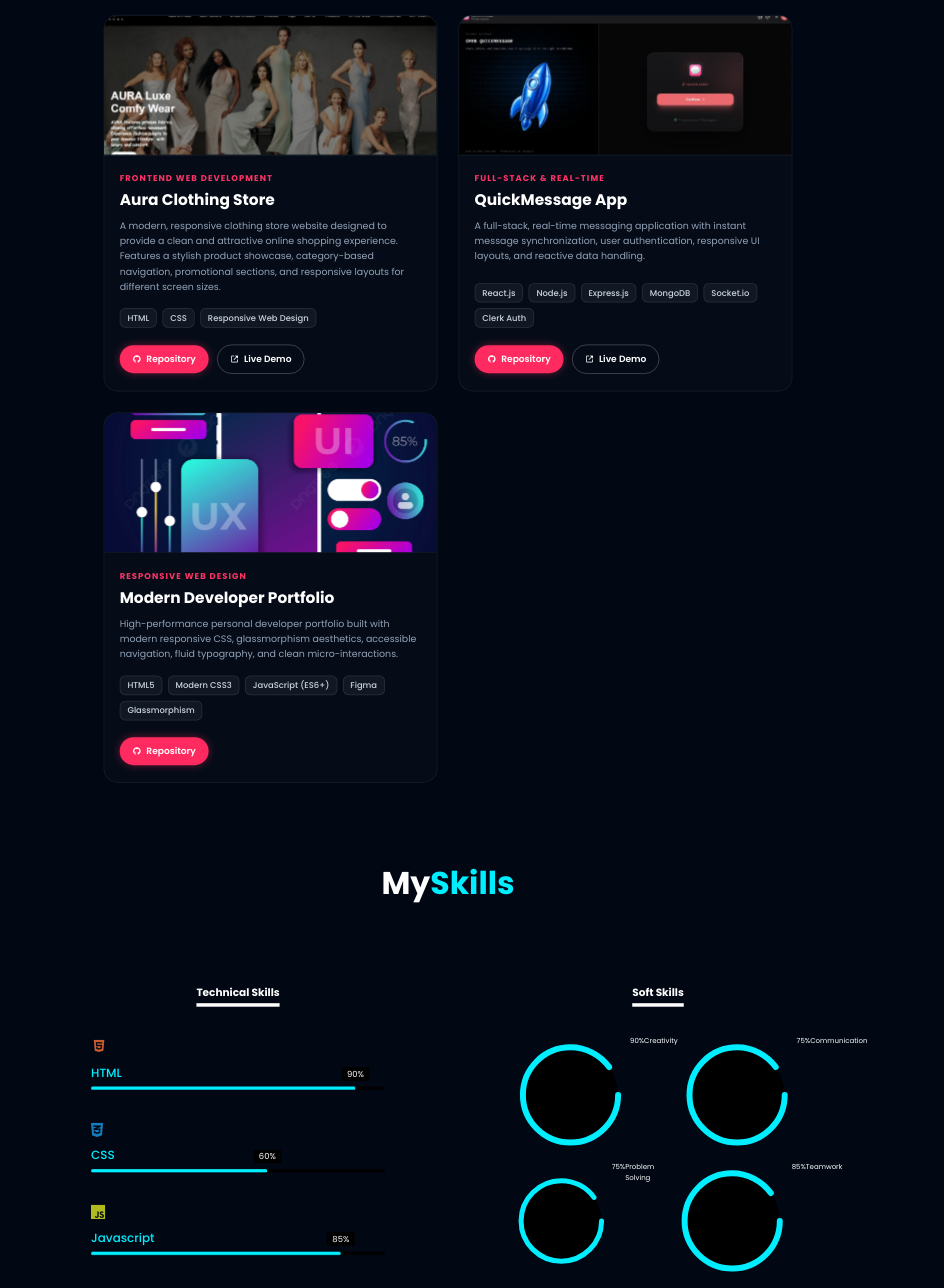
Repository: WathsalaHW/WathsalaHW_Portfolio
Page: index.html
These files come from the project's save history. The page is drawn as it stood at one moment and after the next save; the edit follows.
The browser window is 1280 px wide. The page is 1348 px wide, so the pictures cover 1348 px, including what lies to the right of the window. The pictures show the part of the page from y = 2413 to 4253 px (the page is 5289 px tall before and 5311 px after), at 70% of full size.

Above is the page before, as saved 2026-09-30 15:49:46.
Console error: TypeError: Cannot read properties of null (reading 'classList')

### index.html
<!DOCTYPE html>
<html lang="en">

<head>
  <meta charset="UTF-8" />
  <meta http-equiv="X-UA-Compatible" content="IE=edge" />
  <meta name="viewport" content="width=device-width, initial-scale=1.0" />
  <title>Responsive Personal Portfolio Website Design | Codehal</title>
  <link rel="stylesheet" href="css/style.css">

  <!-- box icons -->
  <link href="https://unpkg.com/boxicons@2.1.4/css/boxicons.min.css" rel="stylesheet" />
  <link rel="stylesheet" href="https://cdnjs.cloudflare.com/ajax/libs/font-awesome/6.5.1/css/all.min.css"
    integrity="sha512-DTOQO9RWCH3ppGqcWaEA1BIZOC6xxalwEsw9c2QQeAIftl+Vegovlnee1c9QX4TctnWMn13TZye+giMm8e2LwA=="
    crossorigin="anonymous" referrerpolicy="no-referrer" />

  <!-- custom css -->
  <link rel="stylesheet" href="css/style.css" />

  <style>
    /* Scoped styles for the updated About section cards & layout */
    .about-full-container {
      max-width: 1000px;
      margin: 0 auto;
      text-align: center;
      padding: 0 2rem;
    }

    .about-full-container .heading {
      margin-bottom: 2rem;
    }

    .about-text-content {
      text-align: left;
      margin-bottom: 2.5rem;
    }

    .about-text-content p {
      font-size: 1.5rem;
      line-height: 1.8;
      color: #e2e8f0;
      margin-bottom: 1.4rem;
    }

    .core-focus-title {
      font-size: 1.6rem;
      text-transform: uppercase;
      letter-spacing: 1.5px;
      font-weight: 700;
      color: #fff;
      text-align: left;
      margin: 2.5rem 0 1.5rem;
    }

    .focus-cards-grid {
      display: grid;
      grid-template-columns: repeat(auto-fit, minmax(280px, 1fr));
      gap: 1.8rem;
      margin-bottom: 3.5rem;
    }

    .focus-card {
      background: rgba(255, 255, 255, 0.03);
      border: 1px solid rgba(0, 238, 255, 0.2);
      border-radius: 1.2rem;
      padding: 2rem 1.6rem;
      text-align: left;
      backdrop-filter: blur(10px);
      transition: all 0.3s ease;
      display: flex;
      flex-direction: column;
      justify-content: space-between;
    }

    .focus-card:hover {
      border-color: #0ef;
      box-shadow: 0 0 20px rgba(0, 238, 255, 0.25);
      transform: translateY(-5px);
    }

    .focus-card-header {
      display: flex;
      justify-content: space-between;
      align-items: flex-start;
      margin-bottom: 1.5rem;
    }

    .focus-card-header h4 {
      font-size: 1.5rem;
      font-weight: 700;
      color: #fff;
      text-transform: uppercase;
      line-height: 1.3;
    }

    .focus-card-header i {
      font-size: 2.8rem;
      color: #0ef;
    }

    .focus-card-desc {
      font-size: 1.3rem;
      color: #94a3b8;
      line-height: 1.6;
      border-top: 1px solid rgba(255, 255, 255, 0.08);
      padding-top: 1.2rem;
    }

    .about-cta-btn {
      display: inline-block;
      padding: 1.2rem 3.5rem;
      background: #0ef;
      border-radius: 4rem;
      box-shadow: 0 0 15px #0ef;
      font-size: 1.5rem;
      color: #1f242d;
      letter-spacing: .1rem;
      font-weight: 700;
      text-transform: uppercase;
      transition: .5s ease;
      text-decoration: none;
    }

    .about-cta-btn:hover {
      box-shadow: none;
      background: #00c4d6;
      color: #fff;
    }
  </style>
</head>

<body>
  <!-- header design -->

  <header class="header">
    <a href="#" class="logo">Wathsala</a>

    <i class='bx bx-menu' id="menu-icon"></i>

    <nav class="navbar">
      <a href="#home" class="active">Home</a>
      <a href="#about">About</a>
      <a href="#services">Education</a>
      <a href="#portfolio">Portfolio</a>
      <a href="#contact">Contact</a>
    </nav>
  </header>

  <!-- home section design -->

  <section class="home" id="home">
    <div class="home-content">
      <h3>Hello, It's Me</h3>
      <h1>Wathsala Hewa</h1>
      <h3>And i'm a <span class="multiple-text"></span></h3>
      <p>Information Systems undergraduate passionate about software development and <br> emerging technologies. I enjoy solving problems, building practical solutions, and continuously developing my technical skills.</p>
      <div class="social-media">
        <a href="#"><i class='bx bxl-facebook'></i></a>
        <a href="#"><i class='bx bxl-twitter'></i></a>
        <a href="#"><i class='bx bxl-instagram-alt'></i></a>
        <a href="#"><i class='bx bxl-linkedin'></i></a>
      </div>
      <a href="https://drive.google.com/file/d/18wVo_nAF4BySdX1nRi15A8uuRpVdpAYx/view?usp=sharing" class="btn">Download CV</a>
    </div>

    <div class="home-img">
      <img src="images/home.png" alt="">
    </div>
  </section>

  <!-- about section design -->

  <section class="about" id="about">
    <div class="about-full-container">
      <h2 class="heading">ABOUT <span>ME</span></h2>

      <div class="about-text-content">
        <p>I am an Information Systems undergraduate at Sabaragamuwa University of Sri Lanka, focused on software engineering, database management, and system design. My academic training provides me with a strong foundation to analyze real-world problems and turn complex requirements into clean, structured digital solutions.</p>

        <p>On the technical side, I build responsive, end-to-end applications using React.js, Tailwind CSS, JavaScript, and Node.js. I enjoy crafting intuitive interfaces backed by secure APIs and efficient databases, ensuring every feature delivers speed, scalability, and an effortless user experience.</p>

        <p>By combining full-stack fundamentals with practical UI/UX principles, I build applications that are as functionally robust under the hood as they are engaging on screen. I am driven by continuous learning, modern engineering practices, and creating digital products that solve real-world problems.</p>
      </div>



      <div class="focus-cards-grid">
        <!-- Software Engineering Card -->
        <div class="focus-card">
          <div class="focus-card-header">
            <h4>Software<br>Engineering</h4>
            <i class='bx bx-code-curly'></i>
          </div>
          <div class="focus-card-desc">
            OOP, Clean Code &amp; Algorithmic Problem Solving
          </div>
        </div>

        <!-- Full-Stack Development Card -->
        <div class="focus-card">
          <div class="focus-card-header">
            <h4>Full-Stack<br>Development</h4>
            <i class='bx bx-data'></i>
          </div>
          <div class="focus-card-desc">
            Modern Web Applications &amp; End-to-End Delivery
          </div>
        </div>

        <!-- UI/UX Design Card -->
        <div class="focus-card">
          <div class="focus-card-header">
            <h4>UI/UX<br>Design</h4>
            <i class='bx bx-vector'></i>
          </div>
          <div class="focus-card-desc">
            User-Centered Interface Design &amp; Prototyping
          </div>
        </div>
      </div>

      <a href="#contact" class="about-cta-btn">Open to Internships &amp; Opportunities</a>
    </div>
  </section>

  <!-- services / education section design -->

  <div class="services" id="services">
    <h2 class="heading"> Education</h2>
  </div>

  <div class="services-container">
    <div class="services-box">
      <i class='bx bx-code-alt'></i>
      <h3>BSc (Hons) in Information Systems</h3>
      <p class="edu-institute">Sabaragamuwa University of Sri Lanka</p>

      <p class="edu-desc">
        Developing a rigorous foundation in software architecture, database management, and agile software development to solve real-world problems.
      </p>

      <div class="edu-coursework">
        <h4>Relevant Coursework:</h4>
        <div class="course-tags">
          <span>Data Structures &amp; Algorithms</span>
          <span>OOP</span>
          <span>DBMS</span>
          <span>Web Technologies</span>
          <span>Software Engineering</span>
          <span>System Analysis &amp; Design</span>
        </div>
      </div>

      <a href="#" class="btn">Undergraduate</a>
    </div>

    <div class="services-box">
  <i class="fa-solid fa-graduation-cap"></i>
  <h3>G.C.E. Advanced Level</h3>
  <p class="edu-institute">Defense Services College, Colombo 02</p>

  <p class="edu-desc">
    Successfully completed G.C.E. A/Ls in the Commerce stream with strong academic performance across Accounting, Economics, Business Statistics and General English.
  </p>

  <div class="edu-coursework">
    <h4>Key Subjects &amp; Results:</h4>
    <div class="course-tags">
      <span>Accounting: <strong>A</strong></span>
      <span>Economics: <strong>A</strong></span>
      <span>General English: <strong>A</strong></span>
      <span>Business Statistics: <strong>C</strong></span>
    </div>
  </div>

  <a href="#" class="btn">Completed</a>
</div>

    <div class="services-box">
  <i class='bx bx-book-reader'></i>
  <h3>Diploma in English Language &amp; Literature</h3>
  <p class="edu-institute">Aquinas College of Higher Studies</p>

  <p class="edu-desc">
    Successfully completed comprehensive coursework in advanced writing, critical analysis, and verbal fluency, building strong cross-functional communication and professional presentation skills.
  </p>

  <div class="edu-coursework">
    <h4>Key Focus Areas:</h4>
    <div class="course-tags">
      <span>Advanced Grammar &amp; Writing</span>
      <span>Professional Communication</span>
      <span>Critical Analysis</span>
      <span>Public Speaking &amp; Presentation</span>
    </div>
  </div>

  <a href="#" class="btn">Completed</a>
</div>

  <!-- portfolio section design -->

  <!-- portfolio section design -->
  <section class="portfolio" id="portfolio">
    <h2 class="heading">Latest <span>Projects</span></h2>

    <div class="projects-grid">
      <!-- Project Card 1 -->
      <div class="project-card">
        <div class="project-img-box">
          <img src="images/clothing.jpg" alt="Clothing Website Preview">
        </div>
        <div class="project-info">
          <span class="project-category">Frontend Web Development</span>
          <h3 class="project-title">Aura Clothing Store</h3>
          <p class="project-desc">
            A modern, responsive clothing store website designed to provide a clean and attractive online shopping experience. Features a stylish product showcase, category-based navigation, promotional sections, and responsive layouts for different screen sizes.
          </p>

          <div class="project-tags">
            <span>HTML</span>
            <span>CSS</span>
            <span>Responsive Web Design</span>

          </div>

          <div class="project-links">
            <a href="https://github.com/WathsalaHW/Aura-Clothing-Website" target="_blank" class="proj-btn primary">
              <i class='bx bxl-github'></i> Repository
            </a>
            <a href="https://wathsalahw.github.io/Aura-Clothing-Website/" target="_blank" class="proj-btn secondary">
              <i class='bx bx-link-external'></i> Live Demo
            </a>
          </div>
        </div>
      </div>

      <!-- Project Card 2 -->
      <div class="project-card">
        <div class="project-img-box">
          <img src="images/QuickMessage.jpg" alt="QuickMessage App Preview">
        </div>
        <div class="project-info">
          <span class="project-category">Full-Stack &amp; Real-Time</span>
          <h3 class="project-title">QuickMessage App</h3>
          <p class="project-desc">
            A full-stack, real-time messaging application with instant message synchronization, user authentication, responsive UI layouts, and reactive data handling.
          </p>

          <div class="project-tags">
            <span>React.js</span>
            <span>Node.js</span>
            <span>Express.js</span>
            <span>MongoDB</span>
            <span>Socket.io</span>
            <span>Clerk Auth</span>
          </div>

          <div class="project-links">
            <a href="https://github.com/WathsalaHW/QuickMessage.git" target="_blank" class="proj-btn primary">
              <i class='bx bxl-github'></i> Repository
            </a>
            <a href="https://quickmessage-6lp7.onrender.com" target="_blank" class="proj-btn secondary">
              <i class='bx bx-link-external'></i> Live Demo
            </a>
          </div>
        </div>
      </div>

      <!-- Project Card 3 -->
      <div class="project-card">
        <div class="project-img-box">
          <img src="images/portfolio1.jpg" alt="Developer Portfolio Preview">
        </div>
        <div class="project-info">
          <span class="project-category">Responsive Web Design</span>
          <h3 class="project-title">Modern Developer Portfolio</h3>
          <p class="project-desc">
            High-performance personal developer portfolio built with modern responsive CSS, glassmorphism aesthetics, accessible navigation, fluid typography, and clean micro-interactions.
          </p>

          <div class="project-tags">
            <span>HTML5</span>
            <span>Modern CSS3</span>
            <span>JavaScript (ES6+)</span>
            <span>Figma</span>
            <span>Glassmorphism</span>
          </div>

          <div class="project-links">
            <a href="#" class="proj-btn primary">
              <i class='bx bxl-github'></i> Repository
            </a>
          </div>
        </div>
      </div>
    </div>
  </section>

  <!-- progress line / skills -->

  <h2 class="heading"> My<span>Skills</span></h2>

  <section class="section10">
    <div class="container1" id="skills">
      <h1 class="heading1">Technical Skills</h1>
      <div class="Technical-bars">
        <div class="bar"><i style="color: #c95d2e;" class='bx bxl-html5'></i>
          <div class="info">
            <span>HTML</span>
          </div>
          <div class="progress-line html">
            <span></span>
          </div>
        </div>

        <div class="bar"><i style="color: #147bbc;" class="fa-brands fa-css3-alt"></i>
          <div class="info">
            <span>CSS</span>
          </div>
          <div class="progress-line css">
            <span></span>
          </div>
        </div>

        <div class="bar"><i style="color: #b0bc1e;" class="fa-brands fa-js"></i>
          <div class="info">
            <span>Javascript</span>
          </div>
          <div class="progress-line Javascript">
            <span></span>
          </div>
        </div>

        <div class="bar"><i style="color: #c32ec9;" class="fa-brands fa-python"></i>
          <div class="info">
            <span>Python</span>
          </div>
          <div class="progress-line Python">
            <span></span>
          </div>
        </div>

        <div class="bar"><i style="color: #69bcbc;" class="fa-brands fa-react"></i>
          <div class="info">
            <span>React</span>
          </div>
          <div class="progress-line react">
            <span></span>
          </div>
        </div>
      </div>
    </div>

    <div class="container1">
      <h1 class="heading1">Soft Skills</h1>

      <div class="circles">
        <div class="radial-bars">
          <svg x="0px" y="0px" viewBox="0 0 200 200">
            <circle class="progress-bar" cx="100" cy="100" r="80"></circle>
            <circle class="path path-1" cx="100" cy="100" r="80"></circle>
          </svg>
          <div class="percentage">90%</div>
          <div class="text">Creativity</div>
        </div>

        <div class="radial-bars">
          <svg x="0px" y="0px" viewBox="0 0 200 200">
            <circle class="progress-bar" cx="100" cy="100" r="80"></circle>
            <circle class="path path-1" cx="100" cy="100" r="80"></circle>
          </svg>
          <div class="percentage">75%</div>
          <div class="text">Communication</div>
        </div>
      </div>

      <div class="circles">
        <div class="radial-bars">
          <svg x="0px" y="0px" viewBox="0 0 200 200">
            <circle class="progress-bar" cx="100" cy="100" r="80"></circle>
            <circle class="path path-1" cx="100" cy="100" r="80"></circle>
          </svg>
          <div class="percentage">75%</div>
          <div class="text">Problem Solving</div>
        </div>

        <div class="radial-bars">
          <svg x="0px" y="0px" viewBox="0 0 200 200">
            <circle class="progress-bar" cx="100" cy="100" r="80"></circle>
            <circle class="path path-1" cx="100" cy="100" r="80"></circle>
          </svg>
          <div class="percentage">85%</div>
          <div class="text">Teamwork</div>
        </div>
      </div>
    </div>
  </section>

  <!-- contact section design -->
  <section class="contact" id="contact">
    <h2 class="heading">Contact <span>Me!</span></h2>
    <form action="#">
      <div class="input-box">
        <input type="text" placeholder="Full Name">
        <input type="email" placeholder="Email Address">
      </div>

      <div class="input-box">
        <input type="number" placeholder="Mobile Number">
        <input type="text" placeholder="Email Subject">
      </div>
      <textarea name="" id="" cols="30" rows="10" placeholder="Your Message"></textarea>
      <input type="submit" value="Send Message" class="btn">
    </form>
  </section>

  <!-- footer design -->
  <footer class="footer">
    <div class="footer-iconTop">
      <a href="#home"><i class='bx bx-up-arrow-alt'></i></a>
    </div>
  </footer>

  <!-- scroll reveal -->
  <script src="https://unpkg.com/scrollreveal"></script>

  <!-- typed js -->
  <script src="https://cdn.jsdelivr.net/npm/typed.js@2.0.12"></script>

  <!-- custom js -->
  <script src="js/script.js"></script>
</body>

</html>

Loaded but not shown: js/script.js (64 lines, source omitted); css/style.css (911 lines, source omitted)

After the next save:
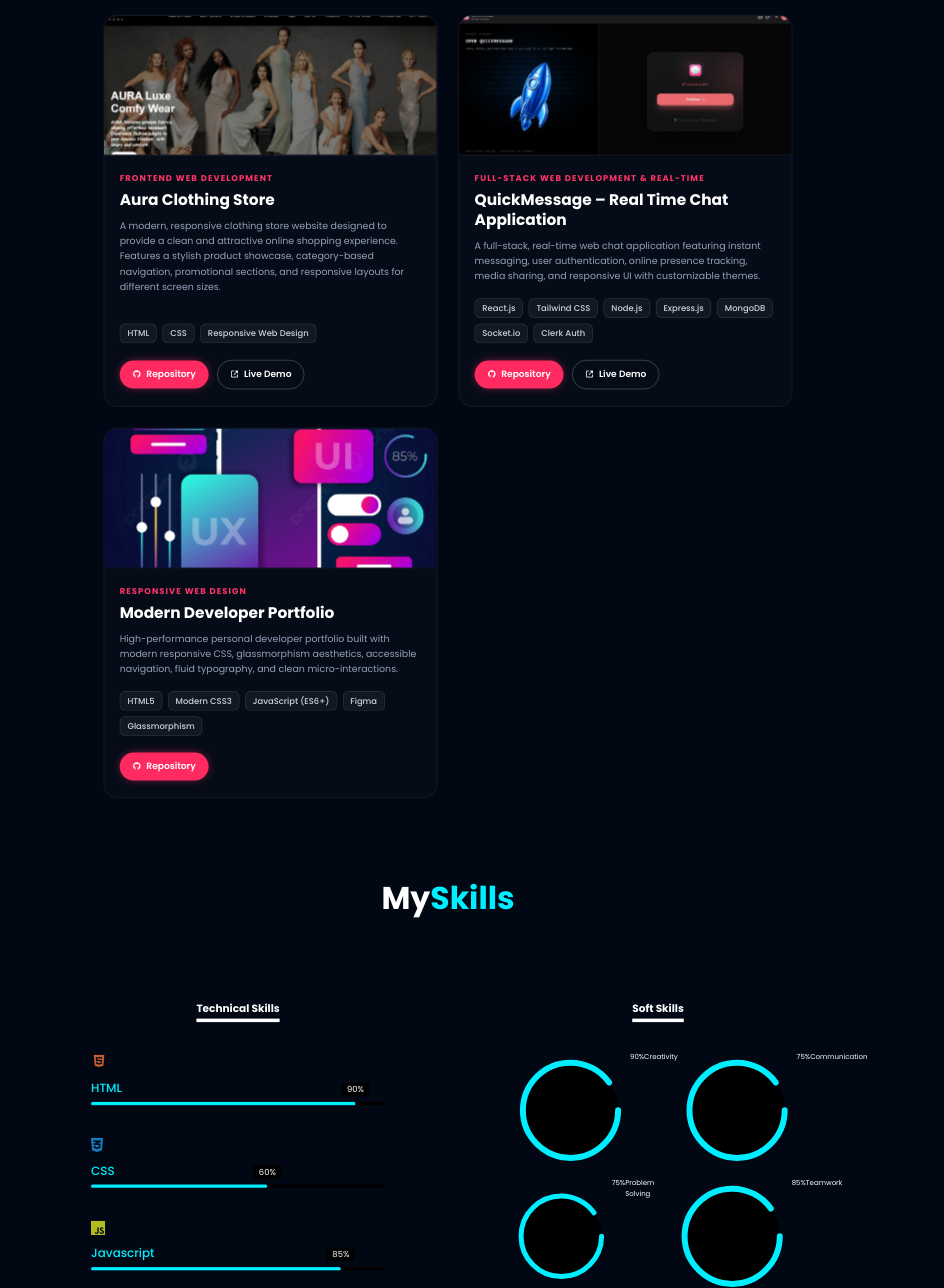
Saved 2 h 16 min later.
--- a/index.html
+++ b/index.html
@@ -341,14 +341,15 @@
           <img src="images/QuickMessage.jpg" alt="QuickMessage App Preview">
         </div>
         <div class="project-info">
-          <span class="project-category">Full-Stack &amp; Real-Time</span>
-          <h3 class="project-title">QuickMessage App</h3>
+          <span class="project-category">Full-Stack Web Development &amp; Real-Time</span>
+          <h3 class="project-title">QuickMessage – Real Time Chat Application</h3>
           <p class="project-desc">
-            A full-stack, real-time messaging application with instant message synchronization, user authentication, responsive UI layouts, and reactive data handling.
+            A full-stack, real-time web chat application featuring instant messaging, user authentication, online presence tracking, media sharing, and responsive UI with customizable themes.
           </p>
 
           <div class="project-tags">
             <span>React.js</span>
+            <span>Tailwind CSS</span>
             <span>Node.js</span>
             <span>Express.js</span>
             <span>MongoDB</span>
